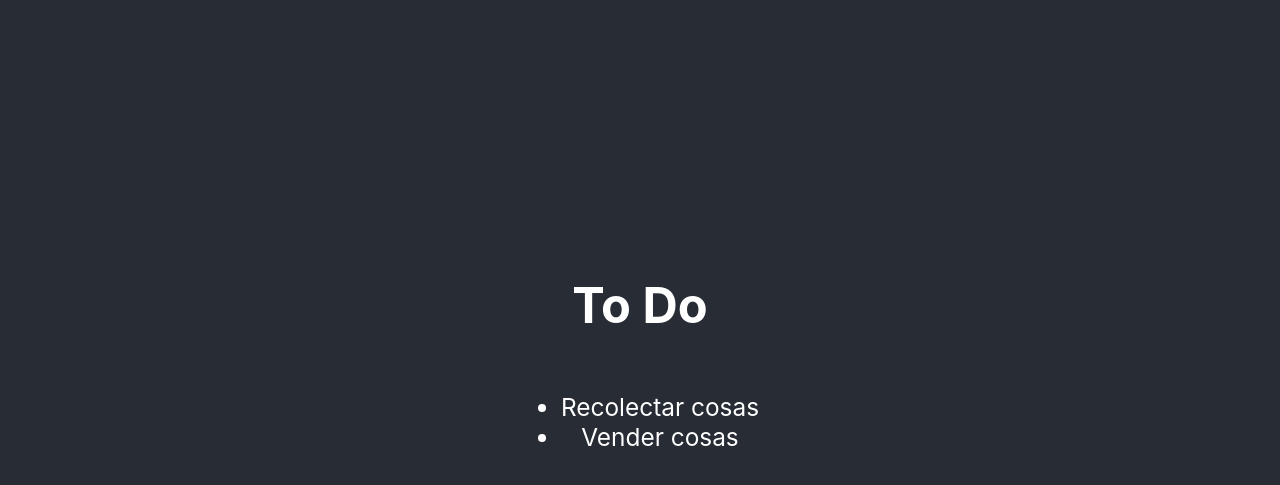
Repository: ChristianGecchelin/ts-react-context
Page: /
The author's editor kept a copy of each file at every save. The page is drawn from the files as they stood at one save, then again after the next save.
The browser window is 1280 px wide. The pictures show the whole page.
The project was rebuilt for these pictures with package versions that can differ from the ones it lists, and the page was loaded fresh each time.

Above is the page before, as saved 2022-08-17 20:23:25.

After the next save:
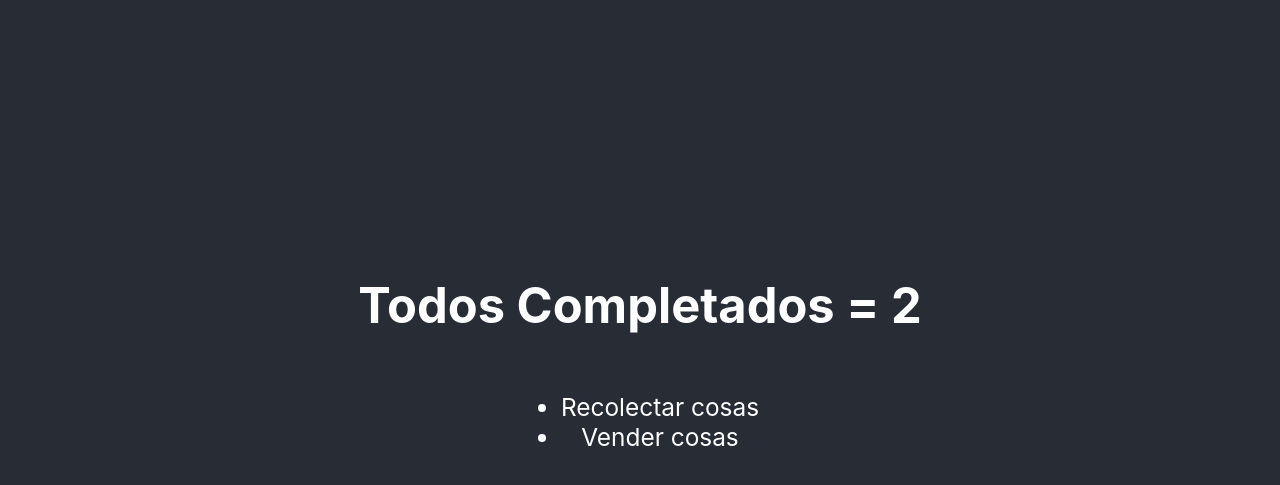
Saved 15 s later.
--- a/src/todo/Todo.tsx
+++ b/src/todo/Todo.tsx
@@ -1,10 +1,11 @@
 import React from "react";
 import { TodoProvider } from './context/TodoProvider'
 import { TodoList } from "./components/TodoList";
+import { Title } from "./components/Title";
 export const Todo = () => {
   return (
     <TodoProvider>
-      <h1>To Do</h1>
+      <Title/>
       <TodoList/>
     </TodoProvider>
   );
